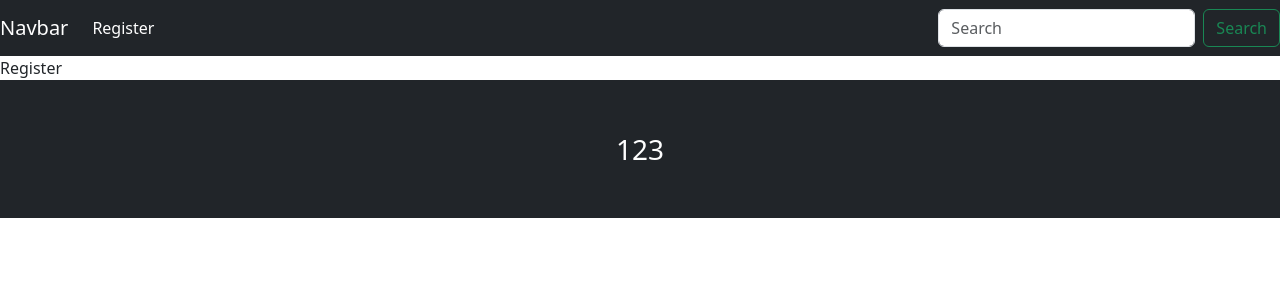
Repository: KhoiNguyen77/react-capstone
Page: /register
The author's editor kept a copy of each file at every save. The page is drawn from the files as they stood at one save, then again after the next save.
The browser window is 1280 px wide. The pictures show the whole page.
The project was rebuilt for these pictures with package versions that can differ from the ones it lists, and the page was loaded fresh each time.

Above is the page before, as saved 2023-06-15 11:44:33.

### public/index.html
<!DOCTYPE html>
<html lang="en">

<head>
  <meta charset="utf-8" />
  <link rel="icon" href="%PUBLIC_URL%/favicon.ico" />
  <meta name="viewport" content="width=device-width, initial-scale=1" />
  <meta name="theme-color" content="#000000" />
  <meta name="description" content="Web site created using create-react-app" />
  <link rel="apple-touch-icon" href="%PUBLIC_URL%/logo192.png" />
  <!--
      manifest.json provides metadata used when your web app is installed on a
      user's mobile device or desktop. See https://developers.google.com/web/fundamentals/web-app-manifest/
    -->
  <link rel="manifest" href="%PUBLIC_URL%/manifest.json" />
  <!--
      Notice the use of %PUBLIC_URL% in the tags above.
      It will be replaced with the URL of the `public` folder during the build.
      Only files inside the `public` folder can be referenced from the HTML.

      Unlike "/favicon.ico" or "favicon.ico", "%PUBLIC_URL%/favicon.ico" will
      work correctly both with client-side routing and a non-root public URL.
      Learn how to configure a non-root public URL by running `npm run build`.
    -->
  <link href="https://cdn.jsdelivr.net/npm/bootstrap@5.3.0/dist/css/bootstrap.min.css" rel="stylesheet"
    integrity="sha384-9ndCyUaIbzAi2FUVXJi0CjmCapSmO7SnpJef0486qhLnuZ2cdeRhO02iuK6FUUVM" crossorigin="anonymous">
  <title>Capstone React</title>
</head>

<body>
  <noscript>You need to enable JavaScript to run this app.</noscript>
  <div id="root"></div>
  <!--
      This HTML file is a template.
      If you open it directly in the browser, you will see an empty page.

      You can add webfonts, meta tags, or analytics to this file.
      The build step will place the bundled scripts into the <body> tag.

      To begin the development, run `npm start` or `yarn start`.
      To create a production bundle, use `npm run build` or `yarn build`.
    -->
</body>
<script src="https://cdn.jsdelivr.net/npm/bootstrap@5.3.0/dist/js/bootstrap.bundle.min.js"
  integrity="sha384-geWF76RCwLtnZ8qwWowPQNguL3RmwHVBC9FhGdlKrxdiJJigb/j/68SIy3Te4Bkz" crossorigin="anonymous"></script>

</html>

### src/index.js
import React from 'react';
import ReactDOM from 'react-dom/client';
import { store } from './Redux/configStore';
import { unstable_HistoryRouter as HistoryRouter, Route, Routes } from 'react-router-dom';
import { Provider } from 'react-redux';
import HomeTemplate from './Template/HomeTemplate';
import { createBrowserHistory } from 'history'
import Register from './pages/Register';
export const customNavigate = createBrowserHistory();
const root = ReactDOM.createRoot(document.getElementById('root'));
root.render(
  <Provider store={store}>
    <HistoryRouter history={customNavigate}>
      <Routes>
        <Route path='/' element={<HomeTemplate></HomeTemplate>}>
          <Route path='/register' element={<Register></Register>}></Route>
        </Route>
      </Routes>
    </HistoryRouter>
  </Provider>
);

// If you want to start measuring performance in your app, pass a function
// to log results (for example: reportWebVitals(console.log))
// or send to an analytics endpoint. Learn more: https://bit.ly/CRA-vitals

### src/Redux/configStore.jsx
import {configureStore} from '@reduxjs/toolkit';


export const store = configureStore({
    reducer: {

    }
})

### src/Template/HomeTemplate.jsx
import React from 'react'



import { createBrowserHistory } from 'history'
import { NavLink, Outlet } from 'react-router-dom'
import Header from '../Component/Header'



const HomeTemplate = () => {
    return <div>
        <div className='header vh-20'>
            <Header></Header>
        </div>
        <div className="content vh-50">
            <Outlet></Outlet>
        </div>
        <footer className='fs-3 text-center text-white p-5 bg-dark vh-20'>
            123
        </footer>
    </div>
}

export default HomeTemplate

### src/Component/Header.jsx
import React from 'react'
import { NavLink } from 'react-router-dom'

const Header = () => {
    return (
        <nav className="navbar navbar-expand-sm navbar-dark bg-dark">
            <NavLink className="navbar-brand" to="/">Navbar</NavLink>
            <button className="navbar-toggler d-lg-none" type="button" data-bs-toggle="collapse" data-bs-target="#collapsibleNavId" aria-controls="collapsibleNavId" aria-expanded="false" aria-label="Toggle navigation" />
            <div className="collapse navbar-collapse" id="collapsibleNavId">
                <ul className="navbar-nav me-auto mt-2 mt-lg-0">
                    <li className="nav-item">
                        <NavLink className="nav-link" to="/register">Register</NavLink>
                    </li>
                </ul>
                <form className="d-flex my-2 my-lg-0">
                    <input className="form-control me-sm-2" type="text" placeholder="Search" />
                    <button className="btn btn-outline-success my-2 my-sm-0" type="submit">Search</button>
                </form>
            </div>
        </nav>)
}

export default Header

Loaded but not shown: src/pages/Register.jsx (common file)

After the next save:
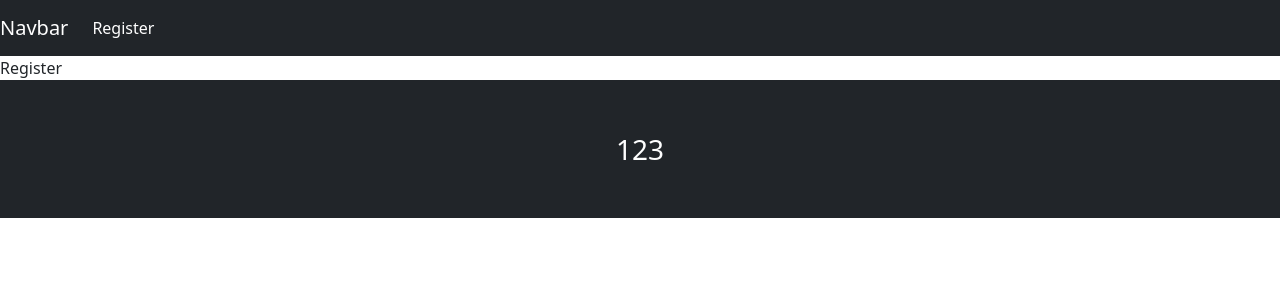
Saved 8 s later.
--- a/src/Component/Header.jsx
+++ b/src/Component/Header.jsx
@@ -12,10 +12,6 @@
                         <NavLink className="nav-link" to="/register">Register</NavLink>
                     </li>
                 </ul>
-                <form className="d-flex my-2 my-lg-0">
-                    <input className="form-control me-sm-2" type="text" placeholder="Search" />
-                    <button className="btn btn-outline-success my-2 my-sm-0" type="submit">Search</button>
-                </form>
             </div>
         </nav>)
 }
